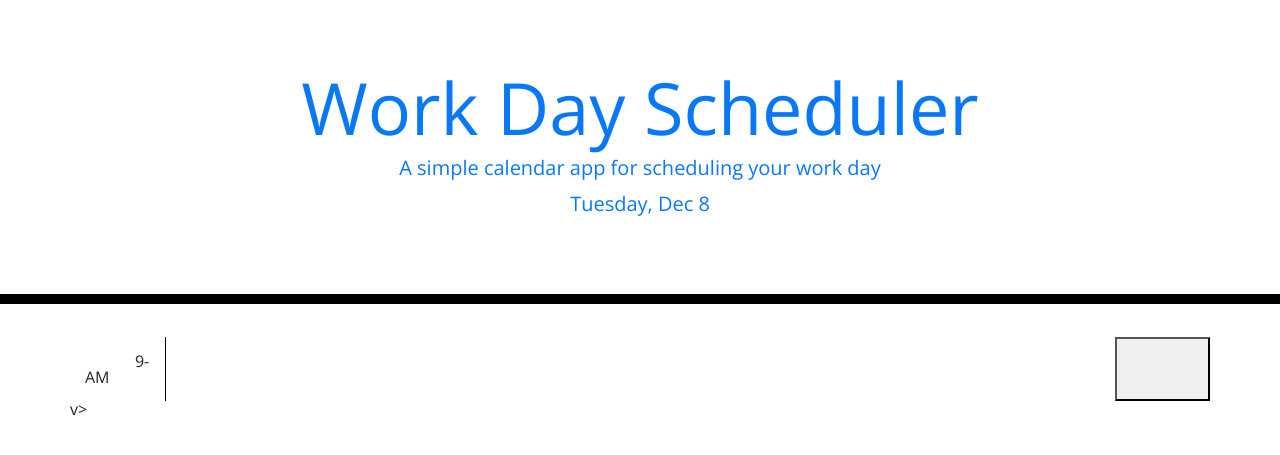
Repository: Mf948/DailyPlannerJS
Page: Develop/index.html
An editor plug-in stored every save of this project. The page is shown before and after the next save, followed by the edit.
The browser window is 1280 px wide. The pictures show the whole page.
Some web libraries are served in a nearby version.

Above is the page before, as saved 2020-12-09 17:02:53.

After the next save:
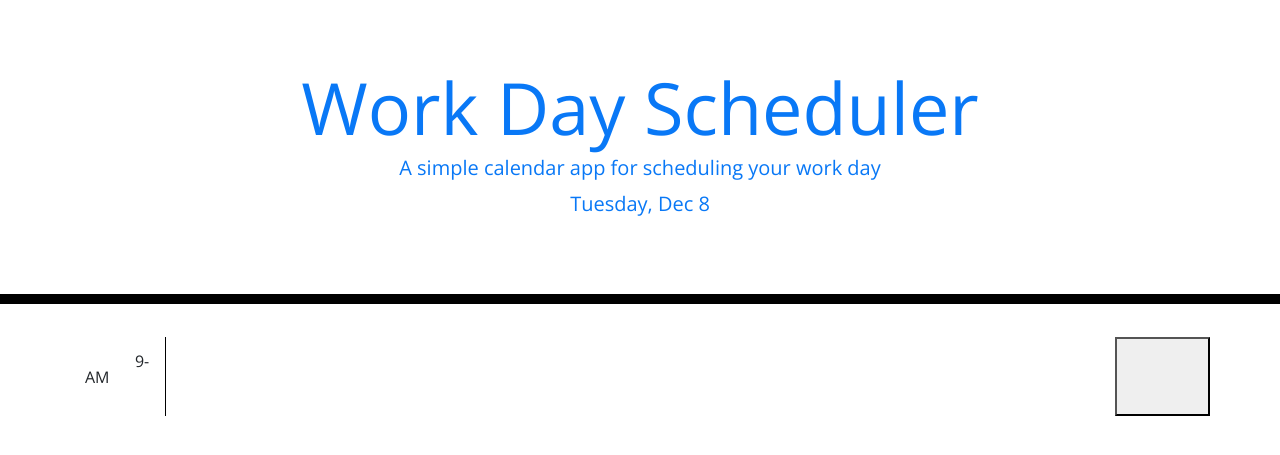
Saved 5 s later.
--- a/Develop/index.html
+++ b/Develop/index.html
@@ -40,7 +40,7 @@
           </textarea>
           <button class="col-1">
 
-          </button>v>
+          </button>
         </div>
 
 
